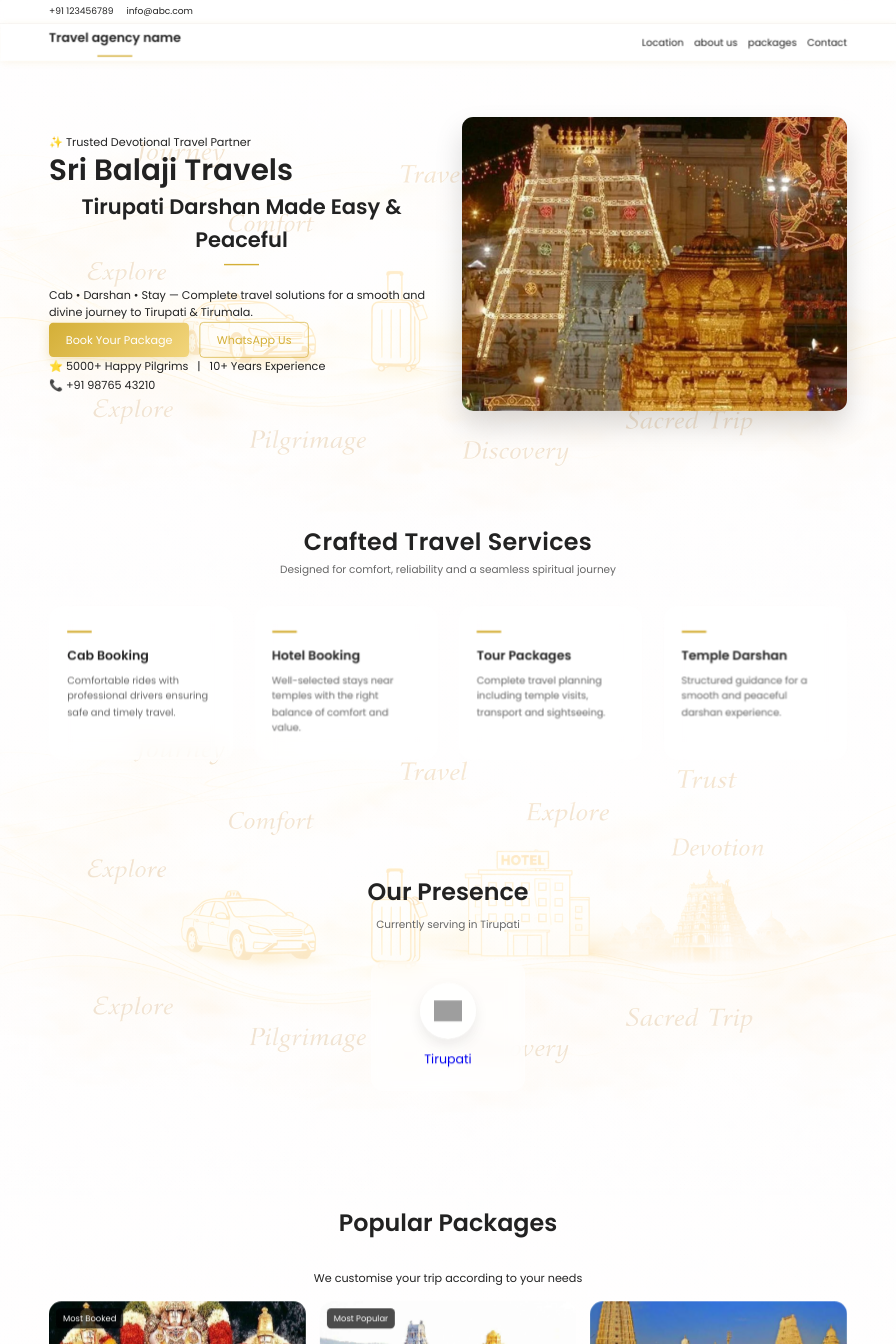
Repository: heytirupati/Bookingweb
Page: index.html
An editor plug-in stored every save of this project. The page is shown before and after the next save, followed by the edit.
The browser window is 1280 px wide. The pictures show the part of the page from y = 0 to 1920 px (the page is 3765 px tall), at 70% of full size.
Pictures or frames that could not be fetched are drawn as grey boxes. Backgrounds fixed to the window are drawn as part of the page.

Above is the page before, as saved 2026-03-29 10:56:00.

### index.html
<!DOCTYPE html>

<html lang="en">



<head>
    <meta charset="UTF-8">
    <meta name="viewport" content="width=device-width, initial-scale=1.0">
    <title>Travel Website</title>

    <link href="https://fonts.googleapis.com/css2?family=Poppins:wght@300;400;600&display=swap" rel="stylesheet">
    <link rel="stylesheet" href="css/style.css">

</head>
<body>


<!-- this is top bar section  -->
<section class="top-bar">
    <div class="container">

        <div class="top-left">
            <span>+91 123456789</span>
            <span>info@abc.com</span>
        </div>

        <div class="top-right">
            <a href="#" target="_blank">
                <!-- icon -->
            </a>
        </div>

    </div>
</section>



    <!-- this is nav section  -->

    <header class="navbar">
        <div class="container">
            <div class="logo">
                <h2>Travel agency name</h2>
            </div>
            <div class="menu-toggle">
                    ☰
            </div>

            <nav class="nav-menu">
                <ul>
                    <li><a href="#">Location</a></li>
                    <li><a href="#">about us</a></li>
                    <li><a href="#">packages</a></li>
                    <li><a href="#">Contact</a></li>

                </ul>

            </nav>


        </div>

    </header>

<section class="hero">
    <div class="container hero-container">

        <!-- LEFT -->
        <div class="hero-left">

            <div class="hero-badge">
                ✨ Trusted Devotional Travel Partner
            </div>

            <h1>
                Sri Balaji Travels
            </h1>

            <h2 class="hero-highlight">
                Tirupati Darshan Made Easy & Peaceful
            </h2>

            <p class="hero-subtext">
                Cab • Darshan • Stay — Complete travel solutions for a smooth and divine journey to Tirupati & Tirumala.
            </p>

            <!-- CTA -->
            <div class="hero-buttons">
                <a href="booking.html" class="btn btn-primary">Book Your Package</a>
                <a href="#" class="btn btn-outline">WhatsApp Us</a>
            </div>

            <!-- TRUST STRIP -->
            <div class="hero-trust">
                ⭐ 5000+ Happy Pilgrims &nbsp;&nbsp;|&nbsp;&nbsp; 10+ Years Experience
            </div>

            <!-- CALL -->
            <div class="hero-call">
                📞 +91 98765 43210
            </div>

        </div>

        <!-- RIGHT -->
        <div class="hero-right">
            <div class="carousel">

                <img src="images/t1.jpg" class="active">
                <img src="images/t2.jpg">
                <img src="images/t3.jpg">

                <!-- FLOATING PRICE -->
                <div class="hero-price">
                    Starting from ₹2,999
                </div>

            </div>
        </div>

    </div>
</section>

<section class="services">
    <div class="container">

        <div class="section-header">
            <h2 class="services-title">Crafted Travel Services</h2>
            <p class="section-subtext">
                Designed for comfort, reliability and a seamless spiritual journey
            </p>
        </div>

        <div class="service-cards">

            <div class="service-card">
                <div class="service-top-line"></div>
                <h3>Cab Booking</h3>
                <p>Comfortable rides with professional drivers ensuring safe and timely travel.</p>
            </div>

            <div class="service-card">
                <div class="service-top-line"></div>
                <h3>Hotel Booking</h3>
                <p>Well-selected stays near temples with the right balance of comfort and value.</p>
            </div>

            <div class="service-card">
                <div class="service-top-line"></div>
                <h3>Tour Packages</h3>
                <p>Complete travel planning including temple visits, transport and sightseeing.</p>
            </div>

            <div class="service-card">
                <div class="service-top-line"></div>
                <h3>Temple Darshan</h3>
                <p>Structured guidance for a smooth and peaceful darshan experience.</p>
            </div>

        </div>

    </div>
</section>


<!-- this is Location section  -->

<section class="locations">
    <div class="container">

        <div class="section-header">
            <h2 class="locations-title">Our Presence</h2>
            <p class="locations-subtext">
                Currently serving in Tirupati
            </p>
        </div>

        <div class="location-cards">

            <a href="tirupati.html" class="location-card">
                <div class="location-icon">
                    <img src="images/locationlogo.png" alt="Tirupati Location">
                </div>
                <h3>Tirupati</h3>
            </a>

        </div>

    </div>
</section>


<!-- this is popular package section  -->
<section class="packages">
    <div class="container">

        <div class="section-header">
            <h2 class="packages-title">Popular Packages</h2>
        </div>
        <p class="package-subtext" style="text-align: center;">
    We customise your trip according to your needs
</p>

        <div class="package-cards">

            <!-- Tirumala Visit -->
            <div class="package-card">
                <div class="package-inner">

                    <div class="package-front">
                        <div class="package-image">
                            <img src="images/p1.jpg" alt="">
                            <span class="popular-tag">Most Booked</span>

                            <div class="price-badge">
                                <span class="old-price">₹3,999</span>
                                <span class="new-price">₹2,999</span>
                            </div>
                        </div>

                        <h3>Tirumala Visit Package</h3>
                    </div>

                    <div class="package-back">
                        <p>Temple visit with local sightseeing.</p>

                        <ul>
                            <li>Free Pickup & Drop</li>
                            <li>5 / 7 Seater Available</li>
                            <li>No Accommodation</li>
                        </ul>

                        <p class="extra-note">
                            * GST & special entry tickets extra
                        </p>

                        <a href="booking.html" class="btn btn-primary">Book Now</a>
                    </div>

                </div>
            </div>

            <!-- Tirupati + Tirumala -->
            <div class="package-card">
                <div class="package-inner">

                    <div class="package-front">
                        <div class="package-image">
                            <img src="images/p2.jpg" alt="">

                            <span class="popular-tag">Most Popular</span>

                            <div class="price-badge">
                                <span class="old-price">₹5,999</span>
                                <span class="new-price">₹4,499</span>
                            </div>
                        </div>

                        <h3>Tirupati + Tirumala Package</h3>
                    </div>

                    <div class="package-back">
                        <p>All temple visits with complete planning.</p>

                        <ul>
                            <li>All Temple Visits</li>
                            <li>Free Pickup & Drop</li>
                            <li>Optional Stay</li>
                        </ul>

                        <p class="extra-note">
                            * Accommodation & GST extra
                        </p>

                        <a href="booking.html" class="btn btn-primary">Book Now</a>
                    </div>

                </div>
            </div>

            <!-- Complete Experience -->
            <div class="package-card">
                <div class="package-inner">

                    <div class="package-front">
                        <div class="package-image">
                            <img src="images/p3.jpg" alt="">

                            <div class="price-badge">
                                <span class="old-price">₹7,999</span>
                                <span class="new-price">₹6,299</span>
                            </div>
                        </div>

                        <h3>Complete Tirupati Experience</h3>
                    </div>

                    <div class="package-back">
                        <p>Full spiritual journey with premium travel.</p>

                        <ul>
                            <li>All Major Temples</li>
                            <li>Premium Travel Option</li>
                            <li>Optional Stay</li>
                        </ul>

                        <p class="extra-note">
                            * Accommodation & GST extra
                        </p>

                        <a href="booking.html" class="btn btn-primary">Book Now</a>
                    </div>

                </div>
            </div>

        </div>

    </div>
</section>
<!-- this is Spirtual Journey section  -->
    <section class="spiritual-journey">
    <div class="container">

        <div class="section-header">
            <h2 class="spiritual-title">Spiritual Journey</h2>
            <p class="spiritual-subtext">
                Sacred destinations that bring peace, devotion and divine connection
            </p>
        </div>

        <div class="spiritual-wrapper">

            <div class="spiritual-track">

    <!-- ORIGINAL -->
 <div class="spiritual-item">
    <div class="spiritual-content">
        <h3>Tirupati</h3>
        <p>
            Tirupati, home to the sacred Tirumala Venkateswara Temple, is one of the most visited pilgrimage destinations in the world. Devotees believe that Lord Venkateswara grants blessings for prosperity, health, and spiritual growth. The serene hills of Tirumala and the divine atmosphere make every visit a deeply peaceful and unforgettable experience.
        </p>
    </div>
    <div class="spiritual-image">
        <img src="images/tirupati.jpg">
    </div>
</div>

<div class="spiritual-item">
    <div class="spiritual-content">
        <h3>Tiruvannamalai</h3>
        <p>
            Tiruvannamalai is a sacred destination dedicated to Lord Shiva in the form of Arunachaleswara. Known for the holy Girivalam path around the Arunachala hill, it attracts thousands of devotees seeking inner peace and enlightenment. The spiritual energy of this place, especially during full moon nights, offers a deeply calming and transformative experience.
        </p>
    </div>
    <div class="spiritual-image">
        <img src="images/tiruvannamalai.jpg">
    </div>
</div>

<!-- DUPLICATE -->

<div class="spiritual-item">
    <div class="spiritual-content">
        <h3>Tirupati</h3>
        <p>
            Located in the lush Tirumala hills, Tirupati is a divine destination where faith meets tradition. The temple rituals, spiritual chants, and peaceful surroundings create a powerful atmosphere of devotion. It is not just a visit, but a journey that brings calmness and a sense of spiritual fulfillment to every devotee.
        </p>
    </div>
    <div class="spiritual-image">
        <img src="images/tirupati.jpg">
    </div>
</div>

<div class="spiritual-item">
    <div class="spiritual-content">
        <h3>Tiruvannamalai</h3>
        <p>
            The Arunachala hill in Tiruvannamalai is considered a manifestation of Lord Shiva himself. Pilgrims walk around the hill as a form of meditation and devotion. The peaceful temples, spiritual vibrations, and traditional practices make it one of the most powerful places for seekers of truth and inner balance.
        </p>
    </div>
    <div class="spiritual-image">
        <img src="images/tiruvannamalai.jpg">
    </div>
</div>

        </div>

    </div>
</section>
<!-- 8. Testimonials -->
    <section class="testimonials">
    <div class="container">

        <h2>What Our Customers Say</h2>

        <div class="testimonial-wrapper">

            <div class="testimonial-track">

                <!-- CARD -->
                <div class="testimonial-card">
                    <p>
                        Very smooth darshan experience. Pickup was on time and well organized.
                    </p>
                    <h4>Ramesh Kumar</h4>
                    <span>Tirupati Package</span>
                </div>

                <div class="testimonial-card">
                    <p>
                        Comfortable journey and excellent driver support throughout the trip.
                    </p>
                    <h4>Suresh Reddy</h4>
                    <span>Tirumala Visit</span>
                </div>

                <div class="testimonial-card">
                    <p>
                        Hassle-free booking and peaceful spiritual journey. Highly recommended.
                    </p>
                    <h4>Anita Sharma</h4>
                    <span>Complete Experience</span>
                </div>

                <!-- 🔁 DUPLICATE SAME FOR LOOP -->
                <div class="testimonial-card">
                    <p>
                        Very smooth darshan experience. Pickup was on time and well organized.
                    </p>
                    <h4>Ramesh Kumar</h4>
                    <span>Tirupati Package</span>
                </div>

                <div class="testimonial-card">
                    <p>
                        Comfortable journey and excellent driver support throughout the trip.
                    </p>
                    <h4>Suresh Reddy</h4>
                    <span>Tirumala Visit</span>
                </div>

                <div class="testimonial-card">
                    <p>
                        Hassle-free booking and peaceful spiritual journey. Highly recommended.
                    </p>
                    <h4>Anita Sharma</h4>
                    <span>Complete Experience</span>
                </div>

            </div>

        </div>
    </div>
</section>

    <!-- 9. CTA Section -->
    <section class="cta">
        <div class="container">
            <h2>Ready to Plan Your Journey?</h2>
        <a class="btn btn-primary">Book Now</a>
        <a class="btn btn-outline">Contact</a>
        </div>
    </section>

    <!-- 10. Footer -->
    <footer class="footer">
        <div class="container">

            <div class="footer-col">
                <h3>Travel</h3>
                <p>Your trusted travel partner</p>
            </div>

            <div class="footer-col">
                <h4>Quick Links</h4>
                <ul>
                    <li><a href="#">Home</a></li>
                    <li><a href="#">Packages</a></li>
                </ul>
            </div>

            <div class="footer-col">
                <h4>Contact</h4>
                <p>+91 98765 43210</p>
                <p>info@travel.com</p>
            </div>

        </div>
    </footer>










 <script src="js/script.js"></script>
</body>
</html>

Loaded but not shown: js/script.js (101 lines, source omitted); css/style.css (1512 lines, source omitted)

After the next save:
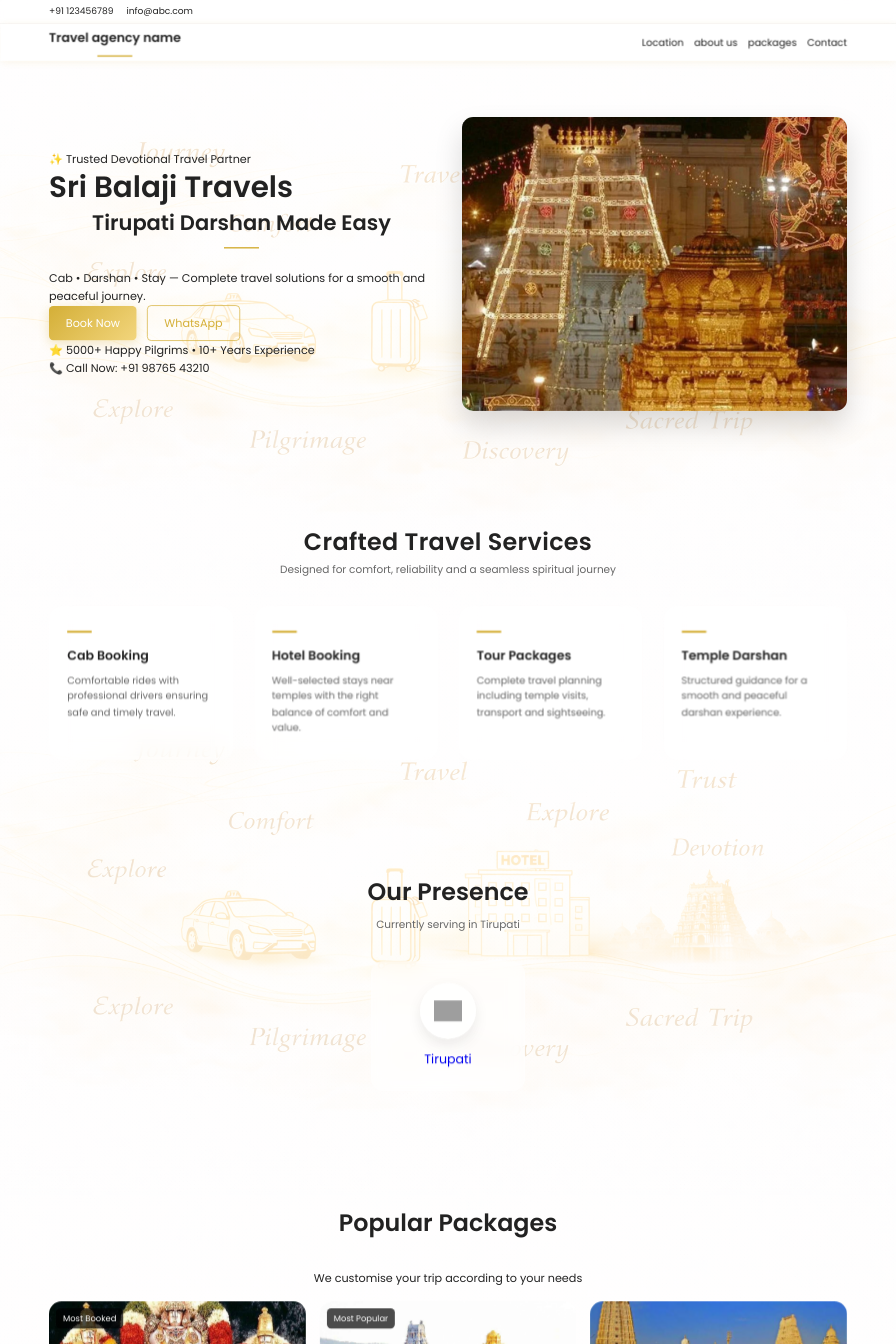
Saved 2 min 13 s later.
--- a/index.html
+++ b/index.html
@@ -78,27 +78,27 @@
             </h1>
 
             <h2 class="hero-highlight">
-                Tirupati Darshan Made Easy & Peaceful
+                Tirupati Darshan Made Easy
             </h2>
 
             <p class="hero-subtext">
-                Cab • Darshan • Stay — Complete travel solutions for a smooth and divine journey to Tirupati & Tirumala.
+                Cab • Darshan • Stay — Complete travel solutions for a smooth and peaceful journey.
             </p>
 
             <!-- CTA -->
             <div class="hero-buttons">
-                <a href="booking.html" class="btn btn-primary">Book Your Package</a>
-                <a href="#" class="btn btn-outline">WhatsApp Us</a>
-            </div>
-
-            <!-- TRUST STRIP -->
+                <a href="booking.html" class="btn btn-primary">Book Now</a>
+                <a href="#" class="btn btn-outline">WhatsApp</a>
+            </div>
+
+            <!-- TRUST -->
             <div class="hero-trust">
-                ⭐ 5000+ Happy Pilgrims &nbsp;&nbsp;|&nbsp;&nbsp; 10+ Years Experience
+                ⭐ 5000+ Happy Pilgrims • 10+ Years Experience
             </div>
 
             <!-- CALL -->
             <div class="hero-call">
-                📞 +91 98765 43210
+                📞 Call Now: +91 98765 43210
             </div>
 
         </div>
@@ -111,9 +111,8 @@
                 <img src="images/t2.jpg">
                 <img src="images/t3.jpg">
 
-                <!-- FLOATING PRICE -->
                 <div class="hero-price">
-                    Starting from ₹2,999
+                    ₹2,999 onwards
                 </div>
 
             </div>
